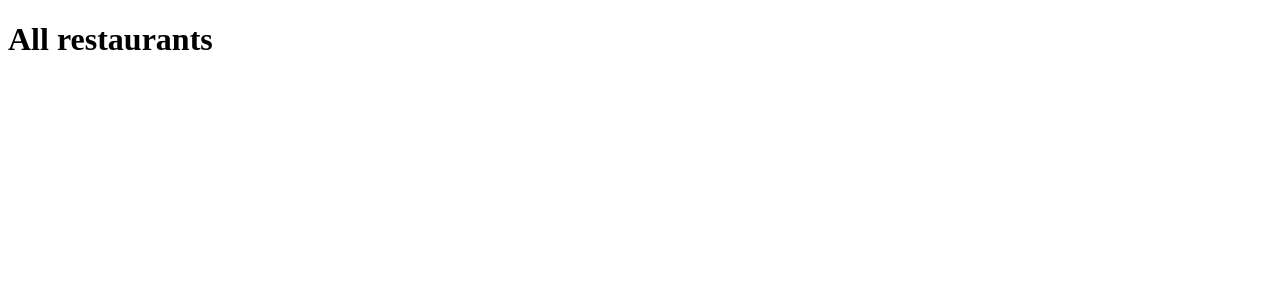
Repository: Dj3y/laravel
Page: http://localhost/restaurants
An editor plug-in stored every save of this project. The page is shown before and after the next save, followed by the edit.
The browser window is 1280 px wide. The pictures show the whole page.
The page is served by the project's Laravel application, run on PHP 8.4 with Laravel 12. Queries for data that is not in the repository find no rows.

Above is the page before, as saved 2024-10-04 13:54:24.

After the next save:
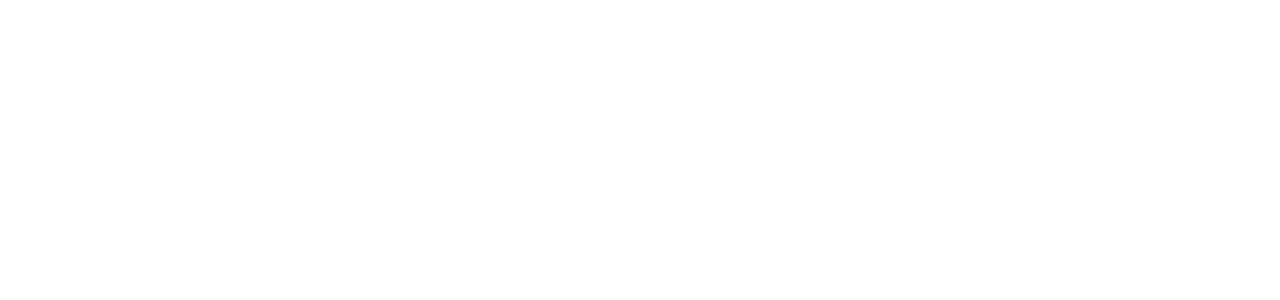
Saved 119 s later.
--- a/app/Http/Controllers/RestaurantController.php
+++ b/app/Http/Controllers/RestaurantController.php
@@ -14,7 +14,8 @@
     {
         $restaurants = Restaurant::latest()->get();
         // return view('restaurants.index', ['restaurants' => Restaurant::latest()->get()]);
-        return view('restaurants.index', ['restaurants' => $restaurants]);
+        // return view('restaurants.index', ['restaurants' => $restaurants]);
+
     }
 
     /**

After the save that followed:
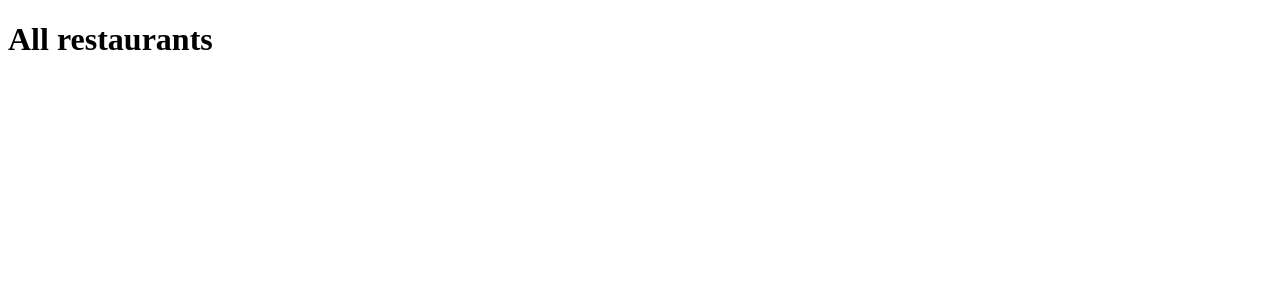
Saved 7 s later.
--- a/app/Http/Controllers/RestaurantController.php
+++ b/app/Http/Controllers/RestaurantController.php
@@ -15,7 +15,7 @@
         $restaurants = Restaurant::latest()->get();
         // return view('restaurants.index', ['restaurants' => Restaurant::latest()->get()]);
         // return view('restaurants.index', ['restaurants' => $restaurants]);
-
+        return view('restaurants.index', compact('restaurants'));
     }
 
     /**
